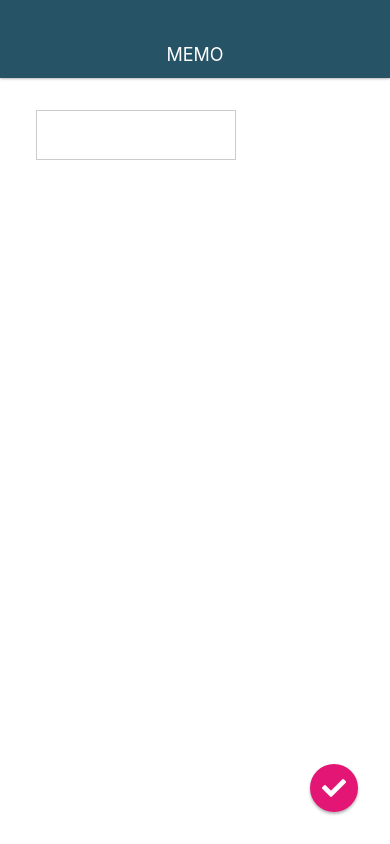
Repository: NagataRyuji0630/memo_app_for_reactNative
Screen: /
An editor plug-in stored every save of this project. The screen is shown before and after the next save, followed by the edit.
The app was drawn by React Native's web renderer in a window 390 px wide. The project was rebuilt for these pictures with package versions that can differ from the ones it lists, and the page was loaded fresh each time. Some packages were replaced by stand-ins written for this rebuild. Also part of the build but not shown: src/components/MemoList.jsx, src/screens/MemoListScreen.jsx, src/screens/MemoDetailScreen.jsx.

Above is the screen before, as saved 2020-05-15 08:16:42.

After the next save:
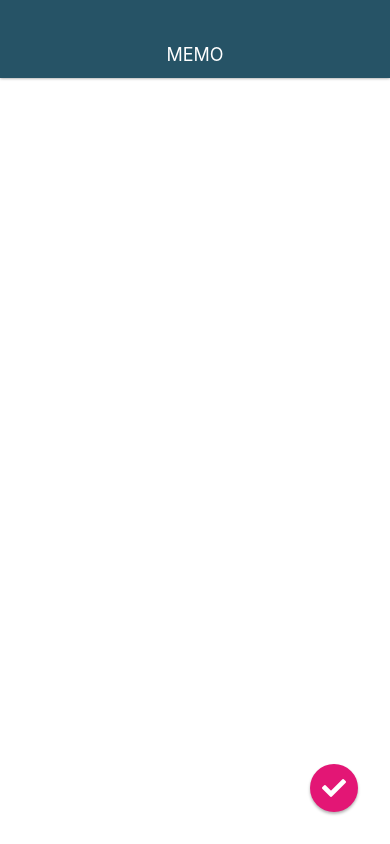
Saved 2 min 16 s later.
--- a/src/screens/MemoEditScreen.jsx
+++ b/src/screens/MemoEditScreen.jsx
@@ -25,11 +25,7 @@ class MemoEditScreen extends Component {
     render() {
         return (
             <View style={styles.container}>
-                <View style={styles.memoEditInput}>
-                    <TextInput
-                        style={{ height: 50, width: 200, marginHorizontal: 20, borderWidth: 1, borderColor: '#ccc' }}
-                    />
-                </View>
+                    <TextInput style={styles.memoEditInput} />
                 <CircleBtn name='check' />
             </View>
         );
